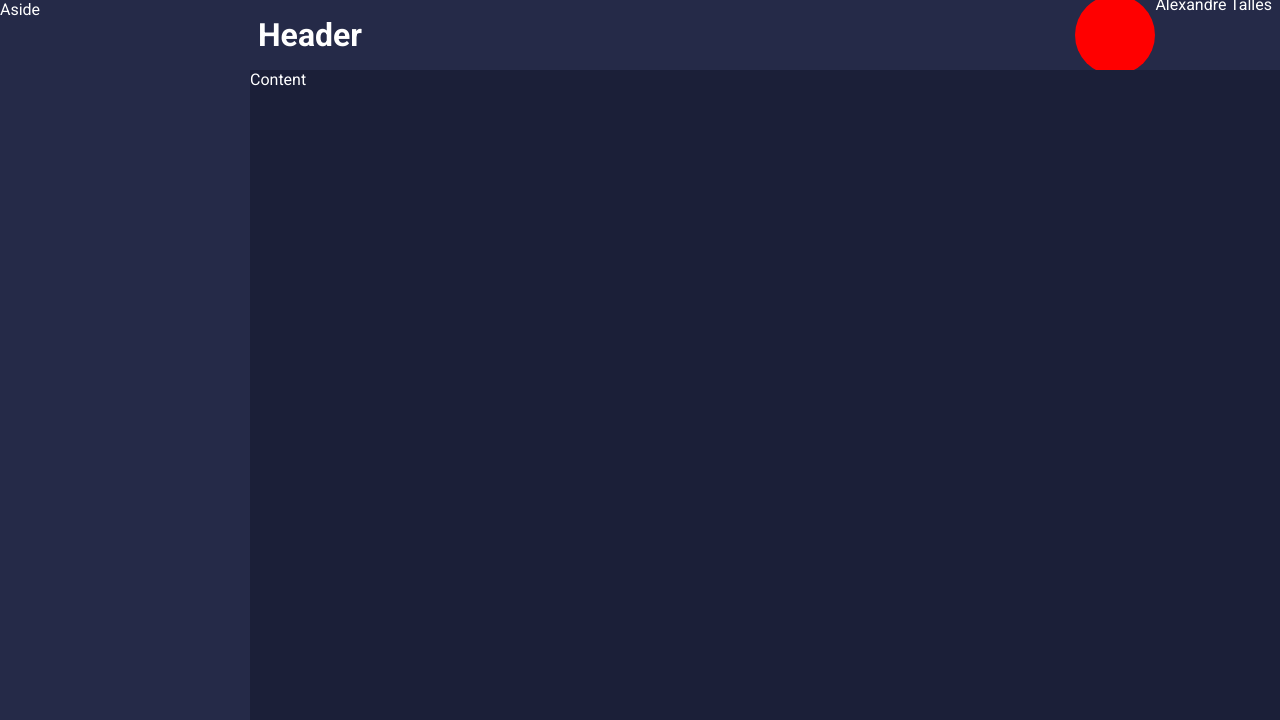
Repository: XFERRER7/dashboard
Page: /
These files come from the project's save history. The page is drawn as it stood at one moment and after a run of saves; the edit follows.
The browser window is 1280 px wide. The pictures show the whole page.
The project was rebuilt for these pictures with package versions that can differ from the ones it lists, and the page was loaded fresh each time. Also part of the build but not shown: vite.config.ts.

Above is the page before, as saved 2022-07-07 15:46:53.

After the next 2 saves:
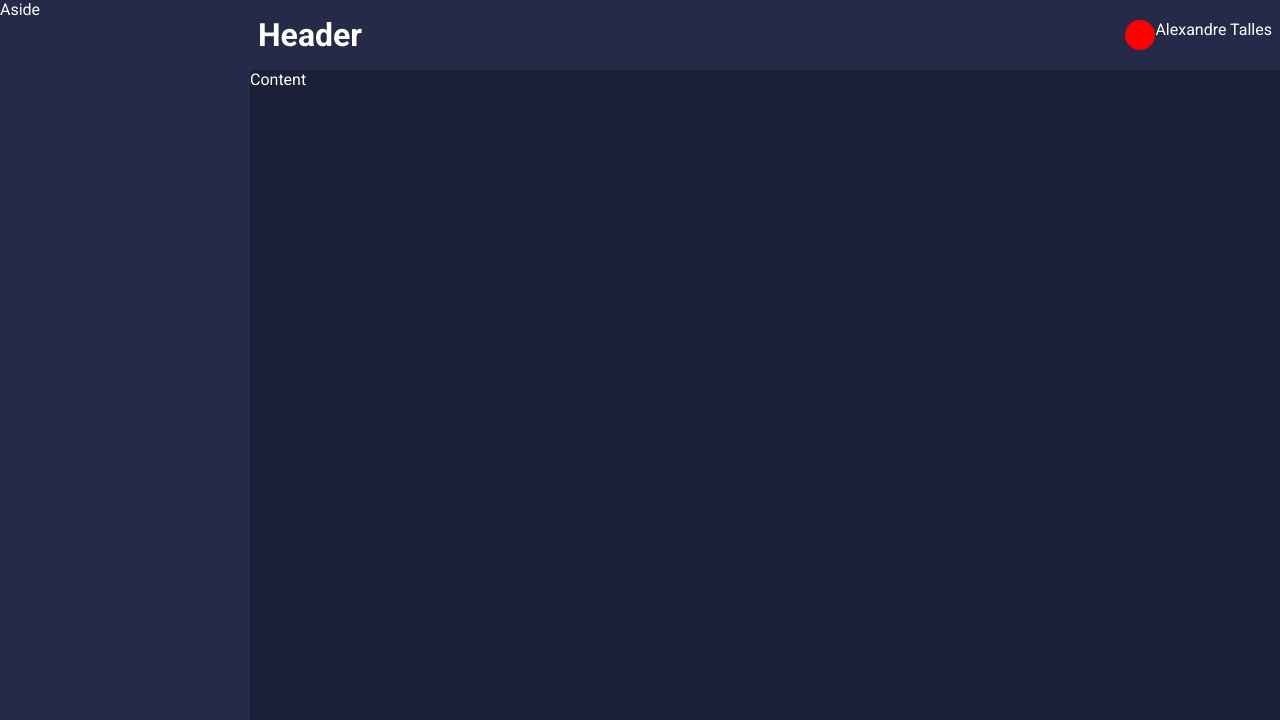
The 2 saves are shown as one change because they came seconds apart.
The last was saved 13 s later.
--- a/src/components/MainHeader/Styles.ts
+++ b/src/components/MainHeader/Styles.ts
@@ -19,8 +19,8 @@ export const UserName = styled.div`
 `
 
 export const ImgUser = styled.div`
-  height: 80px;
-  width: 80px;
+  height: 30px;
+  width: 30px;
   border-radius: 50%;
   background-color: red;
 `
